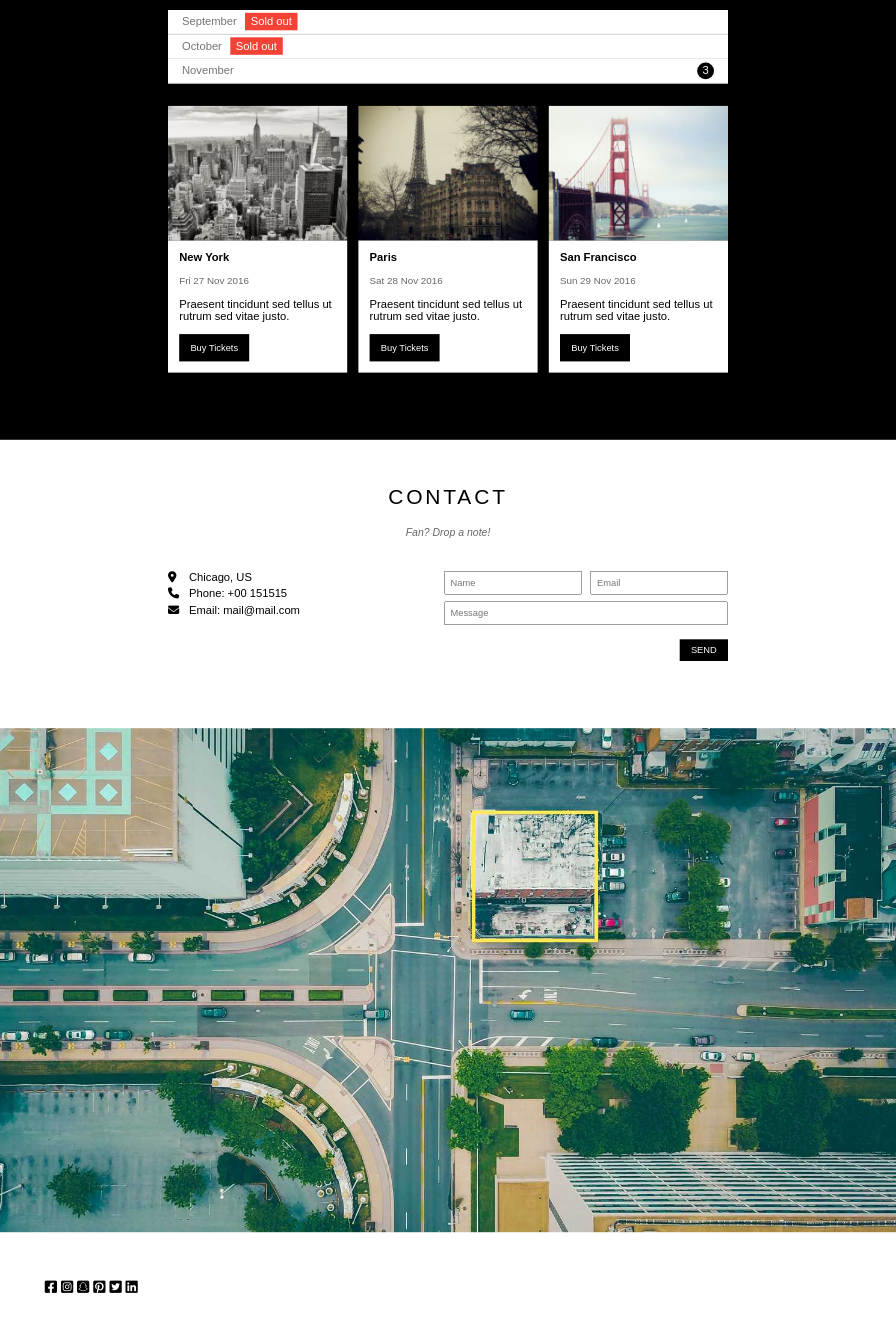
Repository: TranPhucThinh/clone-the-band
Page: index.html
The author's editor kept a copy of each file at every save. The page is drawn from the files as they stood at one save, then again after the next save.
The browser window is 1280 px wide. The pictures show the part of the page from y = 1466 to 3386 px (the page is 3381 px tall before and 3386 px after), at 70% of full size.
Some web libraries are served in a nearby version.

Above is the page before, as saved 2022-08-04 15:26:12.

### index.html
<!DOCTYPE html>
<html lang="en">

<head>
    <meta charset="UTF-8">
    <meta http-equiv="X-UA-Compatible" content="IE=edge">
    <meta name="viewport" content="width=device-width, initial-scale=1.0">

    <title>The Band</title>

    <link rel="stylesheet" href="./assets/style.css">
    <link rel="stylesheet" href="https://cdnjs.cloudflare.com/ajax/libs/font-awesome/6.1.2/css/all.min.css">
</head>

<body>
    <div id="main">

        <div id="header">
            <ul id="nav">
                <li><a href="">Home</a></li>
                <li><a href="">Band</a></li>
                <li><a href="">Tour</a></li>
                <li><a href="">Contact</a></li>
                <li>
                    <a href="">
                        More
                        <i class="fa-solid fa-caret-down"></i>
                    </a>

                    <ul class="subnav">
                        <li><a href="">Merchandise</a></li>
                        <li><a href="">Extras</a></li>
                        <li><a href="">Media</a></li>
                    </ul>
                </li>
            </ul>

            <div class="search-btn">
                <i class="fa-solid fa-magnifying-glass"></i>
            </div>
        </div>

        <div id="slider">
            <div class="text-slider">
                <div class="slider-heading">Los Angeles</div>
                <div class="slider-title">We had the best time playing at Venice Beach!</div>
            </div>
        </div>

        <div id="content">
            <!-- Section About -->
            <div class="section-about">
                <div class="section-content">
                    <p class="title">The band</p>
                    <i class="subtitle">We love music</i>

                    <p class="desc">
                        We have created a fictional band website. Lorem ipsum dolor sit amet, consectetur adipiscing
                        elit,
                        sed
                        do eiusmod tempor incididunt ut labore et dolore magna aliqua. Ut enim ad minim veniam, quis
                        nostrud
                        exercitation ullamco laboris nisi ut aliquip ex ea commodo consequat. Duis aute irure dolor in
                        reprehenderit in voluptate velit esse cillum dolore eu fugiat nulla pariatur. Excepteur sint
                        occaecat
                        cupidatat non proident, sunt in culpa qui officia deserunt mollit anim id est laborum
                        consectetur
                        adipiscing elit, sed do eiusmod tempor incididunt ut labore et dolore magna aliqua. Ut enim ad
                        minim
                        veniam, quis nostrud exercitation ullamco laboris nisi ut aliquip ex ea commodo consequat.
                    </p>
                    <div class="member">
                        <div class="member-1">
                            <p>Name</p>
                            <img src="./assets/imgs/bandmember.jpg" alt="">
                        </div>
                        <div class="member-2">
                            <p>Name</p>
                            <img src="./assets/imgs/bandmember.jpg" alt="">
                        </div>
                        <div class="member-3">
                            <p>Name</p>
                            <img src="./assets/imgs/bandmember.jpg" alt="">
                        </div>
                    </div>
                </div>
            </div>
            <!-- End of Section About -->

            <!-- Section Tour Dates -->
            <div class="tour-date">
                <div class="section-content">
                    <p class="title">Tour dates</p>
                    <i class="subtitle">Remember to book your tickets!</i>

                    <ul class="ticket-state">
                        <li>September<span class="sold-out">Sold out</span></li>
                        <li>October<span class="sold-out">Sold out</span></li>
                        <li>November<span class="quantity">3</span></li>
                    </ul>

                    <div class="places-list">
                        <div class="place-item">
                            <img src="./assets/imgs/newyork.jpg" alt="" class="place-img">
                            <div class="place-content">
                                <p class="place">New York</p>
                                <p class="time">Fri 27 Nov 2016</p>
                                <p class="place-desc">Praesent tincidunt sed tellus ut rutrum sed vitae justo.</p>
                                <button class="buy-ticket-btn">Buy Tickets</button>
                            </div>
                        </div>
                        <div class="place-item">
                            <img src="./assets/imgs/paris.jpg" alt="" class="place-img">
                            <div class="place-content">

                                <p class="place">Paris</p>
                                <p class="time">Sat 28 Nov 2016</p>
                                <p class="place-desc">Praesent tincidunt sed tellus ut rutrum sed vitae justo.</p>
                                <button class="buy-ticket-btn">Buy Tickets</button>
                            </div>
                        </div>
                        <div class="place-item">
                            <img src="./assets/imgs/sanfran.jpg" alt="" class="place-img">
                            <div class="place-content">
                                <p class="place">San Francisco</p>
                                <p class="time">Sun 29 Nov 2016</p>
                                <p class="place-desc">Praesent tincidunt sed tellus ut rutrum sed vitae justo.</p>
                                <button class="buy-ticket-btn">Buy Tickets</button>
                            </div>
                        </div>
                    </div>
                </div>
            </div>
            <!-- End of Section Tour Dates -->

            <!-- Section Contact -->
            <div class="section-contact">
                <div class="section-content">
                    <p class="title">Contact</p>
                    <i class="subtitle">Fan? Drop a note!</i>

                    <div class="contact-content">
                        <div class="contact-by">
                            <div class="address"><i class="fa-solid fa-location-dot icon-contact"></i>Chicago, US</div>
                            <div class="phone"><i class="fa-solid fa-phone icon-contact"></i>Phone: +00 151515</div>
                            <div class="email"><i class="fa-solid fa-envelope icon-contact"></i>Email: mail@mail.com
                            </div>
                        </div>

                        <div class="send-msg">
                            <form action="">
                                <div class="info-user">
                                    <input type="text" required class="input field-name" placeholder="Name">
                                    <input type="text" required class="input field-email" placeholder="Email">
                                </div>
                                <input type="text" required class="input field-msg" placeholder="Message">
                                <button class="send-btn">SEND</button>
                            </form>
                        </div>
                    </div>
                </div>
            </div>
            <!-- End of Section Contact -->

            <!-- Section Map -->
            <div class="section-map">
                <img src="./assets/imgs/map.jpg" alt="">
            </div>
            <!-- End of Section Map -->
        </div>

        <div id="footer">
            <div class="social-icon">
                <i class="fa-brands fa-square-facebook"></i>
                <i class="fa-brands fa-square-instagram"></i>
                <i class="fa-brands fa-square-snapchat"></i>
                <i class="fa-brands fa-square-pinterest"></i>
                <i class="fa-brands fa-square-twitter"></i>
                <i class="fa-brands fa-linkedin"></i>
            </div>
        </div>
    </div>

</body>

</html>

### assets/style.css
* {
  padding: 0;
  margin: 0;
  box-sizing: border-box;
}

html {
  font-family: Arial, Helvetica, sans-serif;
}

/* ----------------- Header Section ----------------- */
#header {
  height: 46px;
  background-color: #000;
  position: fixed;
  top: 0;
  right: 0;
  left: 0;
  z-index: 1;
}

#nav {
  display: inline-block;
}

#nav > li {
  display: inline-block;
}

#nav li {
  position: relative;
}

#nav > li > a {
  color: #fff;
  text-transform: uppercase;
}

#nav li a {
  line-height: 46px;
  padding: 0 24px;
  display: inline-block;
  text-decoration: none;
}

#nav > li:hover > a,
.subnav li:hover a {
  color: #000;
  background-color: #ccc;
}

#nav .subnav {
  display: none;
  position: absolute;
  background-color: #fff;
  box-shadow: 0 4px 10px 0 rgb(0 0 0 / 20%), 0 4px 20px 0 rgb(0 0 0 / 19%);
}

#nav li:last-child:hover .subnav {
  display: block;
}

#nav li:last-child:hover .fa-caret-down {
  color: #000;
}

#nav .subnav li {
  list-style-type: none;
}

#nav .subnav a {
  color: #000;
  display: block;
  line-height: 40px;
  padding: 0 32px;
}

#header .fa-solid {
  color: #fff;
}

.search-btn {
  float: right;
  line-height: 46px;
  padding: 0 20px;
}

.search-btn:hover {
  background-color: red;
  cursor: pointer;
}
/* ---------- End of Header Section ------------ */

/* -------------- Slider Section -------------- */
#slider {
  background-color: #fff;
  margin-top: 46px;
  padding-top: 50%;
  background: url('/assets/imgs/la.jpg') top center / cover no-repeat;
  position: relative;
}

#slider .text-slider {
  color: #fff;
  text-align: center;
  position: absolute;
  bottom: 47px;
  left: 50%;
  transform: translate(-50%);
}

#slider .slider-heading {
  font-size: 20px;
  margin-bottom: 16px;
}

#slider .slider-title {
  font-size: 14px;
  font-weight: 700;
}
/* ------------- End of Slider Section ------------- */

/* ------------- Content Section ----------------- */
/* About Section */
.section-content {
  max-width: 800px;
  margin: 0 auto;
  text-align: center;
  padding: 64px 0;
}

.section-content .title {
  font-size: 30px;
  text-transform: uppercase;
  letter-spacing: 4px;
  margin-bottom: 25px;
}

.section-content .subtitle {
  opacity: 0.6;
  font-size: 15px;
  margin-bottom: 15px;
  display: inline-block;
}

#content .desc {
  text-align: justify;
  font-size: 15px;
  line-height: 1.4;
  margin-bottom: 47px;
}

#content .member {
  display: flex;
  justify-content: space-around;
  margin-bottom: 32px;
}

.member p {
  margin-bottom: 15px;
}

.member img {
  width: 60%;
  border-radius: 8px;
}
/* End of About Section */

/* Tour date Section */
.tour-date {
  background-color: #000;
  color: #fff;
}

.ticket-state {
  text-align: start;
  list-style-type: none;
  margin-top: 25px;
}

.ticket-state li {
  padding: 8px 20px;
  background-color: #fff;
  color: #757575;
  border-bottom: 1px solid #ddd;
}

.ticket-state .sold-out {
  background-color: #f44336;
  color: #fff;
  padding: 4px 8px;
  margin-left: 12px;
}

.ticket-state .quantity {
  float: right;
  color: #fff;
  background-color: #000;
  width: 24px;
  height: 24px;
  text-align: center;
  line-height: 24px;
  border-radius: 50%;
  margin-top: -3px;
}

.places-list {
  padding: 32px 0;
  display: flex;
  margin: 0 -8px;
}

.place-item {
  width: 33.33%;
  padding: 0 8px;
}

.place-item img {
  width: 100%;
  display: block;
}

.place-content {
  background-color: #fff;
  color: #000;
  text-align: start;
  padding: 16px;
}

.place-content .place {
  margin-bottom: 16px;
  font-weight: 700;
}

.place-content .time {
  opacity: 0.6;
  font-size: 14px;
  margin-bottom: 16px;
}

.place-content .place-desc {
  margin-bottom: 16px;
}

.place-content .buy-ticket-btn {
  border: none;
  color: #fff;
  background-color: #000;
  padding: 12px 16px;
}

.place-content .buy-ticket-btn:hover {
  color: #000;
  background-color: #ccc;
  cursor: pointer;
}
/* End of Tour date Section */

/* Contact Section */
.contact-content {
  display: flex;
  justify-content: space-between;
  padding: 32px 0;
}

.contact-by {
  text-align: start;
}

.contact-by .icon-contact {
  width: 30px;
  margin-bottom: 8px;
}

.field-name {
  margin-right: 8px;
}

.field-msg {
  width: 100%;
  margin-top: 8px;
}

.input {
  padding: 8px;
}

.send-btn {
  border: none;
  background-color: #000;
  color: #fff;
  padding: 8px 16px;
  margin-top: 20px;
  float: right;
}

.send-btn:hover {
  color: #000;
  background-color: #ccc;
  cursor: pointer;
}
/* End of Contact Section */

/* Map Section */
.section-map img {
  width: 100%;
}
/* End of Map Section */
/* ------------- End of Content Section ------------- */

/* ----------------- Footer Section ----------------- */
#footer {
  padding: 64px;
}

.social-icon {
  font-size: 20px;
}

After the next save:
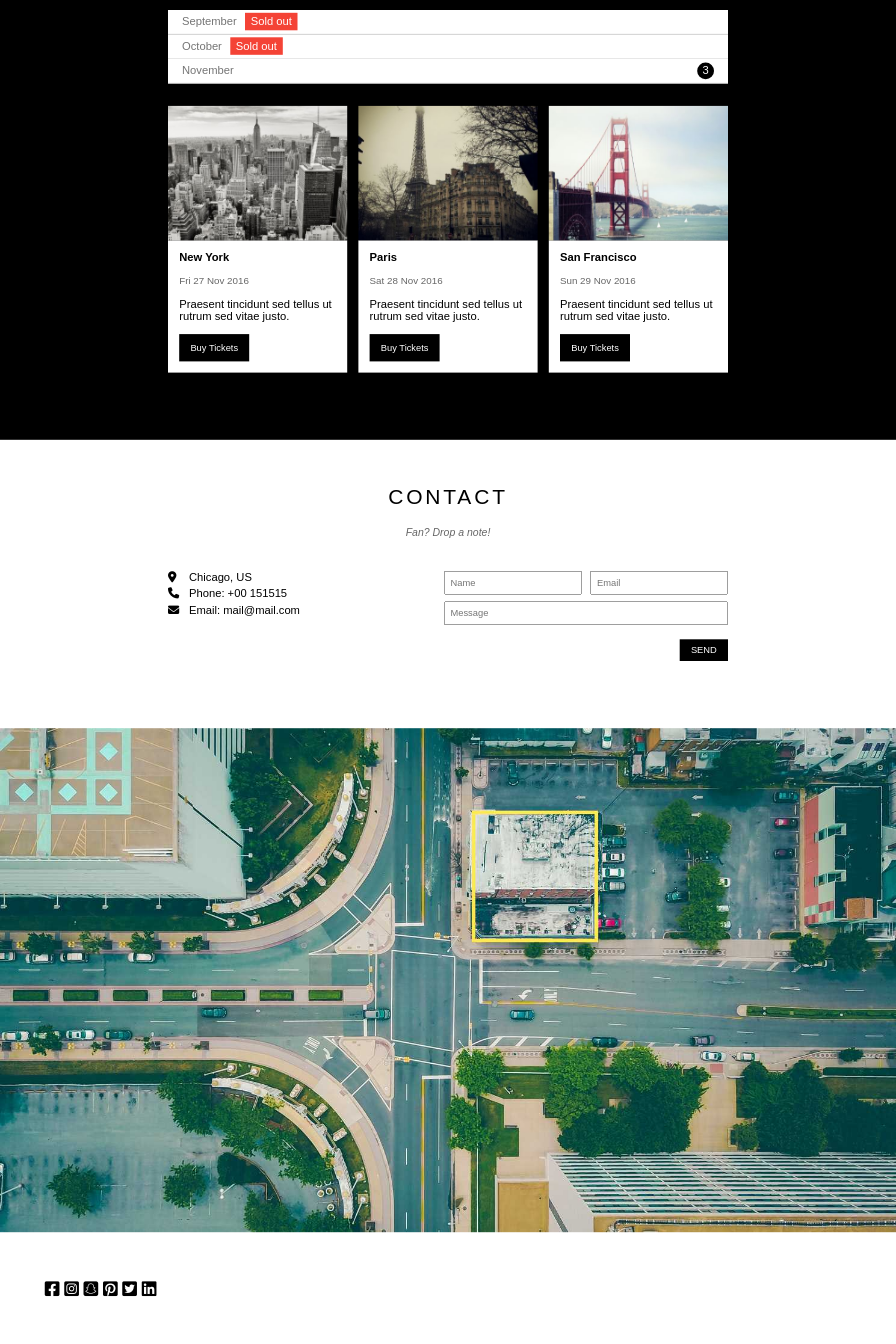
Saved 19 s later.
--- a/assets/style.css
+++ b/assets/style.css
@@ -314,5 +314,5 @@
 }
 
 .social-icon {
-  font-size: 20px;
-}
+  font-size: 24px;
+}
